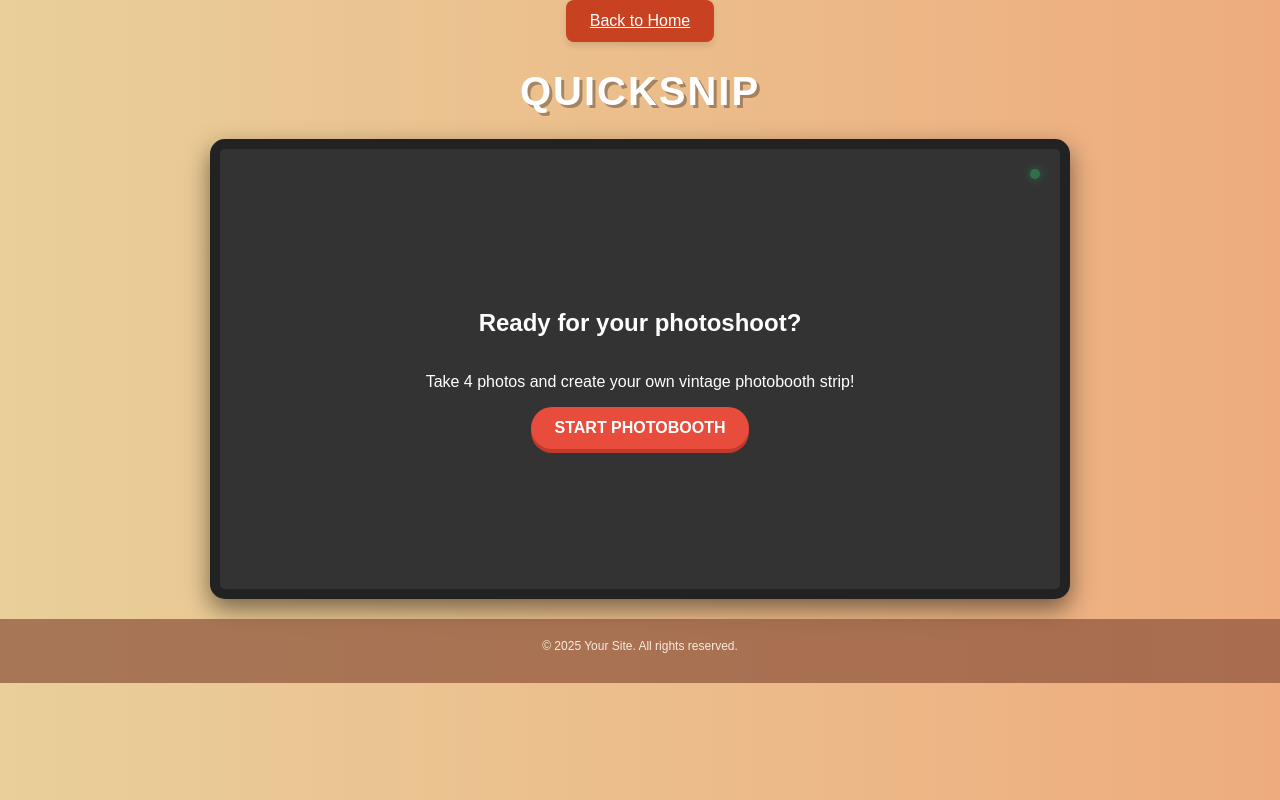
Repository: Strawb3rryjam/QuickSnip
Page: photobooth.html
The author's editor kept a copy of each file at every save. The page is drawn from the files as they stood at one save, then again after the next save.
The browser window is 1280 px wide. The pictures show the whole page.
Some web fonts or font styles are not loaded; a fallback is used.

Above is the page before, as saved 2025-05-09 11:12:26.

### photobooth.html
<!DOCTYPE html>
<html lang="en">

<head>
    <meta charset="UTF-8">
    <meta name="viewport" content="width=device-width, initial-scale=1.0">
    <title>Retro Photobooth</title>
    <link rel="stylesheet" href="styles.css">

    <!--Font-->
    <link rel="preconnect" href="https://fonts.googleapis.com">
    <link rel="preconnect" href="https://fonts.gstatic.com" crossorigin>
    <link href="https://fonts.googleapis.com/css2?family=Titan+One&display=swap" rel="stylesheet">
</head>

<body>
    <a href="index.html" id="home" class="button">Back to Home</a>


    <h1>QUICKSNIP</h1>
    <div class="container">
        <div class="retro-light"></div>

        <div class="start-screen" id="startScreen">

            <h2>Ready for your photoshoot?</h2>
            <p>Take 4 photos and create your own vintage photobooth strip!</p>
            <button id="startButton">Start Photobooth</button>
        </div>

        <div class="camera-container" id="cameraContainer">
            <video id="camera" autoplay playsinline></video>
            <div class="countdown" id="countdown"></div>
            <div class="flash" id="flash"></div>
            <div class="loading-message" id="loadingMessage">Initializing camera...</div>
        </div>



        <div class="controls" id="cameraControls" style="display: none;">
            <button id="captureButton">Take Photos</button>
        </div>

        <div class="photostrip-container" id="photostripContainer">
            <div class="photostrip" id="photostrip">
                <div class="photostrip-branding">Retro Photobooth - April 28, 2025</div>
            </div>

            <div class="editor-tools">
                <div>
                    <h3>Border Color</h3>
                    <div class="color-picker" id="colorPicker">
                        <div class="color selected" style="background-color: white;" data-color="white"></div>
                        <div class="color" style="background-color: #ffcc00;" data-color="#ffcc00"></div>
                        <div class="color" style="background-color: #ff6b6b;" data-color="#ff6b6b"></div>
                        <div class="color" style="background-color: #48dbfb;" data-color="#48dbfb"></div>
                        <div class="color" style="background-color: #1dd1a1;" data-color="#1dd1a1"></div>
                        <div class="color" style="background-color: #f368e0;" data-color="#f368e0"></div>
                        <div class="color" style="background-color: #ff9f43;" data-color="#ff9f43"></div>
                        <div class="color" style="background-color: black;" data-color="black"></div>
                    </div>
                </div>

                <div>
                    <h3>Add Stickers</h3>
                    <div class="stickers" id="stickerPicker">
                        <div class="sticker">⭐</div>
                        <div class="sticker">❤️</div>
                        <div class="sticker">🌈</div>
                        <div class="sticker">😎</div>
                        <div class="sticker">🎉</div>
                        <div class="sticker">✨</div>
                        <div class="sticker">💯</div>
                        <div class="sticker">🔥</div>
                        <div class="sticker">👑</div>
                        <div class="sticker">🦄</div>
                    </div>
                </div>

                <button id="downloadButton">Download Photostrip</button>
                <button id="resetButton">Take New Photos</button>
            </div>
        </div>
    </div>

    <footer id="copyright">
        © 2025 Your Site. All rights reserved.
    </footer>

    <script src="https://cdnjs.cloudflare.com/ajax/libs/html2canvas/1.4.1/html2canvas.min.js"></script>
    <script src="scripts.js"></script>
    <script src="https://cdnjs.cloudflare.com/ajax/libs/html2canvas/1.4.1/html2canvas.min.js"></script>

</body>

</html>

### styles.css


body {
  font-family: 'titan-one-regular', sans-serif;
  background-color: #f0f0f0;
  margin: 0;
  padding: 0;
  padding-bottom: 80px;
  display: flex;
  flex-direction: column;
  align-items: center;
  min-height: 100vh;
  background-image: linear-gradient(to right,#E9CF99, #EEAC7E);
  color: white;
  text-align: center;
}

h1 {
  font-family: 'titan-one-regular', sans-serif;
  letter-spacing: 2px;
  font-size: 2.5rem;
  text-shadow: 3px 3px 0px rgba(0, 0, 0, 0.3);
  margin-bottom: 5px;
}


.photobooth-exterior {
  position: relative;
  width: 100vw;
  height: 100vh;
  overflow: hidden;
  display: flex;
  justify-content: center;
  align-items: center;
}



.entrance {
  position: absolute;
  top: 0;
  left: 0;
  width: 100%;
  height: 100%;
  object-fit: cover;
  object-position: center;
  z-index: -1;
}




#curtain {
  position: absolute;
  width: 20vw; /* Responsive width */
  height: 428px; /* Let it scale proportionally */
  left: 50%; /* Center-ish position */
  top: 35%;  /* Adjust as needed */
  transform: translate(-30%, -14%); /* Centers the image on its position point */
  object-fit: contain;
  cursor: pointer;
  z-index: 1; /* Above entrance image */
}


#home {
  background-color: #c84120;
  color: white;
  border: none;
  padding: 12px 24px;
  border-radius: 8px;
  font-size: 16px;
  cursor: pointer;
  transition: background-color 0.3s ease;
  box-shadow: 0 4px 6px rgba(0, 0, 0, 0.1);
}

#home:hover {
  background-color: #e60000;
}




.container {
  max-width: 800px;
  width: 95%;
  background-color: #333;
  border-radius: 15px;
  padding: 20px;
  box-shadow: 0 10px 25px rgba(0, 0, 0, 0.5);
  margin: 20px 0;
  border: 10px solid #222;
  position: relative;
}

.start-screen {
  display: flex;
  flex-direction: column;
  align-items: center;
  justify-content: center;
  height: 400px;
}

.camera-container {
  position: relative;
  margin: 0 auto;
  width: 100%;
  max-width: 640px;
  border-radius: 8px;
  overflow: hidden;
  display: none;
}

#camera {
  width: 100%;
  height: auto;
  background-color: #222;
  border-radius: 8px;
  transform: scaleX(-1);
}

.controls {
  margin-top: 20px;
  display: flex;
  justify-content: center;
  flex-wrap: wrap;
  gap: 10px;
}

button {
  background-color: #e74c3c;
  color: white;
  border: none;
  padding: 12px 24px;
  font-size: 16px;
  border-radius: 30px;
  cursor: pointer;
  transition: all 0.3s;
  font-weight: bold;
  box-shadow: 0 4px 0 #c0392b;
  text-transform: uppercase;
}

button:hover {
  background-color: #c0392b;
  box-shadow: 0 2px 0 #9e2a1e;
  transform: translateY(2px);
}

button:active {
  transform: translateY(4px);
  box-shadow: none;
}

button:disabled {
  background-color: #999;
  box-shadow: none;
  cursor: not-allowed;
}

.countdown {
  position: absolute;
  top: 50%;
  left: 50%;
  transform: translate(-50%, -50%);
  font-size: 8rem;
  color: white;
  text-shadow: 0 0 10px #000;
  opacity: 0.8;
  display: none;
}

.flash {
  position: absolute;
  top: 0;
  left: 0;
  width: 100%;
  height: 100%;
  background-color: white;
  opacity: 0;
  transition: opacity 0.1s;
}

.photostrip-container {
  display: none;
  flex-direction: column;
  align-items: center;
  width: 100%;
}

.photostrip {
  display: flex;
  flex-direction: column;
  gap: 10px;
  background-color: white;
  padding: 20px;
  width: 240px;
  border-radius: 5px;
  box-shadow: 0 0 10px rgba(0,0,0,0.5);
  margin-bottom: 20px;
  position: relative;
}

.photostrip img {
  width: 100%;
  height: auto;
  border: 1px solid #ddd;
}

.photostrip-branding {
  color: #333;
  font-size: 12px;
  margin-top: 10px;
  text-align: center;
  font-family: 'Courier New', monospace;
}

.editor-tools {
  display: flex;
  flex-wrap: wrap;
  justify-content: center;
  gap: 10px;
  margin-top: 20px;
  width: 100%;
}

.color-picker {
  display: flex;
  flex-wrap: wrap;
  justify-content: center;
  gap: 5px;
  margin-bottom: 15px;
}

.color {
  width: 30px;
  height: 30px;
  border-radius: 50%;
  cursor: pointer;
  border: 2px solid transparent;
  transition: transform 0.2s;
}

.color:hover {
  transform: scale(1.2);
}

.color.selected {
  border: 2px solid white;
  box-shadow: 0 0 5px rgba(0,0,0,0.5);
}

.stickers {
  display: flex;
  flex-wrap: wrap;
  justify-content: center;
  gap: 10px;
  margin-bottom: 15px;
}

.sticker {
  font-size: 24px;
  cursor: pointer;
  background-color: rgba(255, 255, 255, 0.2);
  border-radius: 5px;
  padding: 5px;
  transition: transform 0.2s;
}

.sticker:hover {
  transform: scale(1.2);
}

.draggable-sticker {
  position: absolute;
  cursor: move;
  user-select: none;
  font-size: 24px;
}

.retro-light {
  position: absolute;
  width: 10px;
  height: 10px;
  background-color: #2ecc71;
  border-radius: 50%;
  top: 20px;
  right: 20px;
  box-shadow: 0 0 10px #2ecc71;
  animation: blink 2s infinite;
}

@keyframes blink {
  0%, 100% { opacity: 1; }
  50% { opacity: 0.4; }
}

.loading-message {
  font-size: 1.2rem;
  margin-bottom: 20px;
  animation: pulse 1.5s infinite;
}

@keyframes pulse {
  0%, 100% { opacity: 1; }
  50% { opacity: 0.5; }
}

#copyright {
  font-size: 12px;
  opacity: 0.7;
  text-align: center;
  background-color: #8C523B;
  padding: 20px 0 30px;
  width: 100%;
}


/* Photostrip printing animation */
@keyframes slideDown {
  0% {
    transform: translateY(-100%);
    filter: brightness(0);
  }
  30% {
    transform: translateY(0);
    filter: brightness(0);
  }
  100% {
    transform: translateY(0);
    filter: brightness(1);
  }
}

.photostrip {
  display: flex;
  flex-direction: column;
  gap: 10px;
  background-color: white;
  padding: 20px;
  width: 240px;
  border-radius: 5px;
  box-shadow: 0 0 10px rgba(0,0,0,0.5);
  margin-bottom: 20px;
  position: relative;
}

.photostrip.printing {
  animation: slideDown 3s ease-out forwards;
}

.photostrip.printing img {
  opacity: 0;
  animation: fadeIn 0.5s ease-out forwards;
}

/* Different delay for each photo to create sequential revealing effect */
.photostrip.printing img:nth-child(1) {
  animation-delay: 1.2s;
}

.photostrip.printing img:nth-child(2) {
  animation-delay: 1.7s;
}

.photostrip.printing img:nth-child(3) {
  animation-delay: 2.2s;
}

.photostrip.printing img:nth-child(4) {
  animation-delay: 2.7s;
}

.photostrip-branding.printing {
  opacity: 0;
  animation: fadeIn 0.5s ease-out forwards;
  animation-delay: 3s;
}

@keyframes fadeIn {
  from { opacity: 0; }
  to { opacity: 1; }
}

/* Printer sound effect styles */
.printer-sound {
  display: none;
}

/* Printing overlay effect */
.printing-overlay {
  position: fixed;
  top: 0;
  left: 0;
  width: 100%;
  height: 100%;
  background-color: rgba(0, 0, 0, 0.7);
  display: flex;
  justify-content: center;
  align-items: center;
  z-index: 1000;
  opacity: 0;
  pointer-events: none;
  transition: opacity 0.5s ease;
}

.printing-overlay.active {
  opacity: 1;
  pointer-events: auto;
}

.printing-message {
  font-size: 2rem;
  color: white;
  text-align: center;
  animation: pulse 1.5s infinite;
}

### scripts.js
document.addEventListener("DOMContentLoaded", () => {
  // DOM Elements
  const curtain = document.getElementById("curtain");

  if (curtain) {
    const frames = [
      "assets/curtain1.svg",
      "assets/curtain2.svg",
      "assets/curtain3.svg",
      "assets/curtain4.svg",
    ];

    let interval = 0;

    function animateCurtain(forward = true) {
      let index = forward ? 0 : frames.length - 1;
      clearInterval(interval);
      interval = setInterval(() => {
        curtain.src = frames[index];
        index = forward ? index + 1 : index - 1;
        if (index < 0 || index >= frames.length) clearInterval(interval);
      }, 100);
    }

    curtain.addEventListener("mouseenter", () => animateCurtain(true));
    curtain.addEventListener("mouseleave", () => animateCurtain(false));

    // 👉 Navigate to photobooth.html on click
    curtain.addEventListener("click", () => {
      window.location.href = "photobooth.html";
    });
  } else {
    console.error("Curtain element not found!");
  }

  // back to home button
  const homeButton = document.getElementById("home");
  if (homeButton) {
    homeButton.addEventListener("click", () => {
      window.location.href = "index.html";
    });
  }

  const startScreen = document.getElementById("startScreen");
  const cameraContainer = document.getElementById("cameraContainer");
  const camera = document.getElementById("camera");
  const captureButton = document.getElementById("captureButton");
  const startButton = document.getElementById("startButton");
  const cameraControls = document.getElementById("cameraControls");
  const countdown = document.getElementById("countdown");
  const flash = document.getElementById("flash");
  const photostripContainer = document.getElementById("photostripContainer");
  const photostrip = document.getElementById("photostrip");
  const downloadButton = document.getElementById("downloadButton");
  const resetButton = document.getElementById("resetButton");
  const colorPicker = document.getElementById("colorPicker");
  const stickerPicker = document.getElementById("stickerPicker");
  const loadingMessage = document.getElementById("loadingMessage");

  // App State
  let stream = null;
  let photosTaken = 0;
  const maxPhotos = 4;
  let photoElements = [];
  let isCountingDown = false;

  // Start the photobooth
  if (startButton) {
    startButton.addEventListener("click", initCamera);
  }

  // Initialize the camera
  async function initCamera() {
    startScreen.style.display = "none";
    cameraContainer.style.display = "block";

    try {
      stream = await navigator.mediaDevices.getUserMedia({
        video: {
          facingMode: "user",
          width: { ideal: 640 },
          height: { ideal: 480 },
        },
        audio: false,
      });

      camera.srcObject = stream;
      loadingMessage.style.display = "none";
      cameraControls.style.display = "flex";
      captureButton.addEventListener("click", startPhotoSequence);
    } catch (err) {
      loadingMessage.textContent = "Camera access denied or not available :(";
      console.error("Error accessing camera:", err);
    }
  }

  // Start the photo taking sequence
  function startPhotoSequence() {
    if (isCountingDown) return;

    isCountingDown = true;
    captureButton.disabled = true;
    startCountdown();
  }

  // Display countdown before taking photo
  function startCountdown() {
    let count = 3;
    countdown.textContent = count;
    countdown.style.display = "block";

    const countInterval = setInterval(() => {
      count--;

      if (count > 0) {
        countdown.textContent = count;
      } else {
        clearInterval(countInterval);
        countdown.style.display = "none";
        takePhoto();
      }
    }, 1000);
  }

  // Take a photo
  function takePhoto() {
    // Create flash effect
    flash.style.opacity = "0.8";
    setTimeout(() => {
      flash.style.opacity = "0";
    }, 100);

    // Create the canvas to capture the photo
    const canvas = document.createElement("canvas");
    const context = canvas.getContext("2d");

    // Set canvas dimensions to match the video
    canvas.width = camera.videoWidth;
    canvas.height = camera.videoHeight;

    // Draw the video frame on the canvas, flip horizontally
    context.translate(canvas.width, 0);
    context.scale(-1, 1);
    context.drawImage(camera, 0, 0, canvas.width, canvas.height);

    // Convert canvas to image
    const imgUrl = canvas.toDataURL("image/jpeg");

    // Add to photostrip
    photosTaken++;
    const photoElement = document.createElement("img");
    photoElement.src = imgUrl;
    photoElement.alt = `Photo ${photosTaken}`;
    photoElements.push(photoElement);

    // Check if we need to take more photos
    if (photosTaken < maxPhotos) {
      // Wait before next photo
      setTimeout(() => {
        isCountingDown = false;
        startCountdown();
      }, 1000);
    } else {
      // We're done taking photos
      finishPhotoSession();
    }
  }

  // Finish photo session and show the photostrip
  function finishPhotoSession() {
    // Stop camera
    if (stream) {
      stream.getTracks().forEach((track) => track.stop());
      stream = null;
    }

    // Hide camera UI
    cameraContainer.style.display = "none";
    cameraControls.style.display = "none";

    // Show printing overlay
    const printingOverlay = document.createElement("div");
    printingOverlay.className = "printing-overlay active";

    const printingMessage = document.createElement("div");
    printingMessage.className = "printing-message";
    printingMessage.textContent = "Printing your photos...";

    printingOverlay.appendChild(printingMessage);
    document.body.appendChild(printingOverlay);

    // Play printer sound
    const printerSound = document.getElementById("printerSound");
    if (printerSound) {
      printerSound.play();
    } else {
      // Fallback if the element doesn't exist in HTML
      const audioElement = document.createElement("audio");
      audioElement.className = "printer-sound";
      audioElement.src = "assets/printer-sound.mp3";
      audioElement.autoplay = true;
      document.body.appendChild(audioElement);
    }

    // Show photostrip container
    photostripContainer.style.display = "flex";

    // Add the printing class to photostrip
    photostrip.classList.add("printing");

    // Add printing class to branding
    const branding = photostrip.querySelector(".photostrip-branding");
    if (branding) {
      branding.classList.add("printing");
    }

    // Add photos to photostrip with a delay for the animation
    setTimeout(() => {
      for (let i = 0; i < photoElements.length; i++) {
        photostrip.appendChild(photoElements[i]);
      }

      // Remove the overlay after the animation completes
      setTimeout(() => {
        printingOverlay.classList.remove("active");
        setTimeout(() => {
          printingOverlay.remove();
          if (document.querySelector(".printer-sound")) {
            document.querySelector(".printer-sound").remove();
          }
        }, 500);
      }, 3200); // slightly longer than our animation

      // Initialize the editing tools
      initEditingTools();
    }, 300);
  }

  // Initialize editing tools for photostrip
  function initEditingTools() {
    // Color picker functionality
    if (colorPicker) {
      colorPicker.querySelectorAll(".color").forEach((colorEl) => {
        colorEl.addEventListener("click", () => {
          // Remove selected class from all colors
          colorPicker.querySelectorAll(".color").forEach((el) => {
            el.classList.remove("selected");
          });

          // Add selected class to clicked color
          colorEl.classList.add("selected");

          // Apply color to photostrip
          const selectedColor = colorEl.getAttribute("data-color");
          photostrip.style.backgroundColor = selectedColor;
        });
      });
    }

    // Sticker functionality
    if (stickerPicker) {
      stickerPicker.querySelectorAll(".sticker").forEach((stickerEl) => {
        stickerEl.addEventListener("click", () => {
          addSticker(stickerEl.textContent);
        });
      });
    }

    // Download button
    if (downloadButton) {
      downloadButton.addEventListener("click", downloadPhotostrip);
    }

    // Reset button
    if (resetButton) {
      resetButton.addEventListener("click", resetPhotobooth);
    }
  }

  // Add a draggable sticker to the photostrip
  function addSticker(emoji) {
    const sticker = document.createElement("div");
    sticker.classList.add("draggable-sticker");
    sticker.textContent = emoji;
    sticker.style.left = "50%";
    sticker.style.top = "50%";
    sticker.style.transform = "translate(-50%, -50%)";
    photostrip.appendChild(sticker);

    // Make sticker draggable
    let isDragging = false;
    let offsetX, offsetY;

    sticker.addEventListener("mousedown", (e) => {
      isDragging = true;
      const rect = sticker.getBoundingClientRect();
      offsetX = e.clientX - rect.left;
      offsetY = e.clientY - rect.top;
      sticker.style.zIndex = "1000";
    });

    document.addEventListener("mousemove", (e) => {
      if (!isDragging) return;

      const photoRect = photostrip.getBoundingClientRect();
      const x = e.clientX - photoRect.left - offsetX;
      const y = e.clientY - photoRect.top - offsetY;

      sticker.style.left = `${x}px`;
      sticker.style.top = `${y}px`;
      sticker.style.transform = "none";
    });

    document.addEventListener("mouseup", () => {
      isDragging = false;
      sticker.style.zIndex = "999";
    });

    // Touch support for mobile
    sticker.addEventListener("touchstart", (e) => {
      isDragging = true;
      const touch = e.touches[0];
      const rect = sticker.getBoundingClientRect();
      offsetX = touch.clientX - rect.left;
      offsetY = touch.clientY - rect.top;
      sticker.style.zIndex = "1000";
      e.preventDefault();
    });

    document.addEventListener("touchmove", (e) => {
      if (!isDragging) return;

      const touch = e.touches[0];
      const photoRect = photostrip.getBoundingClientRect();
      const x = touch.clientX - photoRect.left - offsetX;
      const y = touch.clientY - photoRect.top - offsetY;

      sticker.style.left = `${x}px`;
      sticker.style.top = `${y}px`;
      sticker.style.transform = "none";
      e.preventDefault();
    });

    document.addEventListener("touchend", () => {
      isDragging = false;
      sticker.style.zIndex = "999";
    });
  }

  // Download the photostrip
  function downloadPhotostrip() {
    // Remove printing class if it exists
    photostrip.classList.remove("printing");

    // Get all stickers to make sure they're included in the download
    const stickers = photostrip.querySelectorAll(".draggable-sticker");
    stickers.forEach((sticker) => {
      sticker.style.position = "absolute"; // Ensure position is maintained in screenshot
    });

    html2canvas(photostrip).then((canvas) => {
      const link = document.createElement("a");
      link.download = "retro-photostrip.jpg";
      link.href = canvas.toDataURL("image/jpeg", 0.8);
      link.click();
    });
  }

  // Reset the photobooth to start again
  function resetPhotobooth() {
    // Reset counters and arrays
    photosTaken = 0;
    photoElements = [];

    // Clear the photostrip
    const photos = photostrip.querySelectorAll("img");
    const stickers = photostrip.querySelectorAll(".draggable-sticker");

    photos.forEach((photo) => photo.remove());
    stickers.forEach((sticker) => sticker.remove());

    // Remove printing classes
    photostrip.classList.remove("printing");
    const branding = photostrip.querySelector(".photostrip-branding");
    if (branding) {
      branding.classList.remove("printing");
    }

    // Reset photostrip color
    photostrip.style.backgroundColor = "white";
    colorPicker.querySelectorAll(".color").forEach((el) => {
      el.classList.remove("selected");
    });
    colorPicker.querySelector('[data-color="white"]').classList.add("selected");

    // Hide photostrip and show start screen
    photostripContainer.style.display = "none";
    startScreen.style.display = "flex";

    // Reset buttons
    captureButton.disabled = false;
    isCountingDown = false;
  }
});

After the next save:
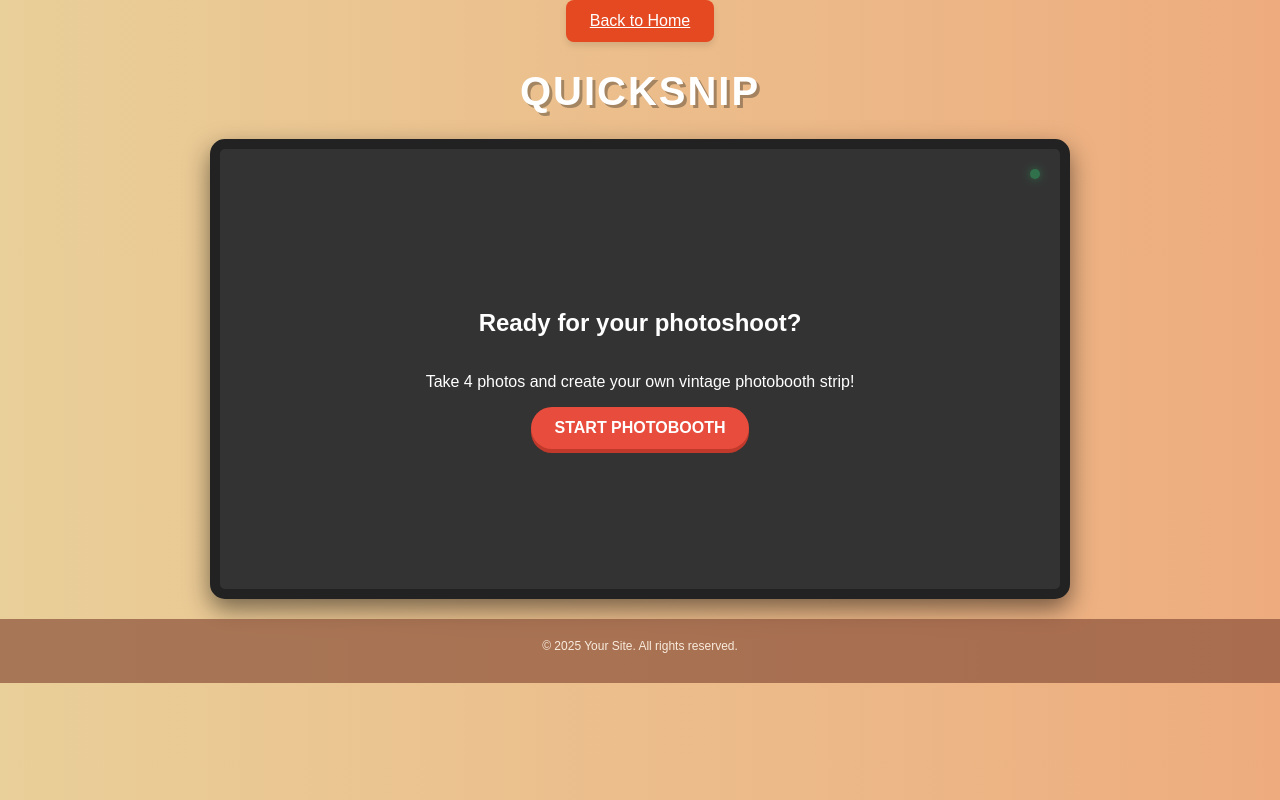
Saved 8 s later.
--- a/styles.css
+++ b/styles.css
@@ -64,7 +64,7 @@ h1 {
 
 
 #home {
-  background-color: #c84120;
+  background-color: #e44922;
   color: white;
   border: none;
   padding: 12px 24px;
